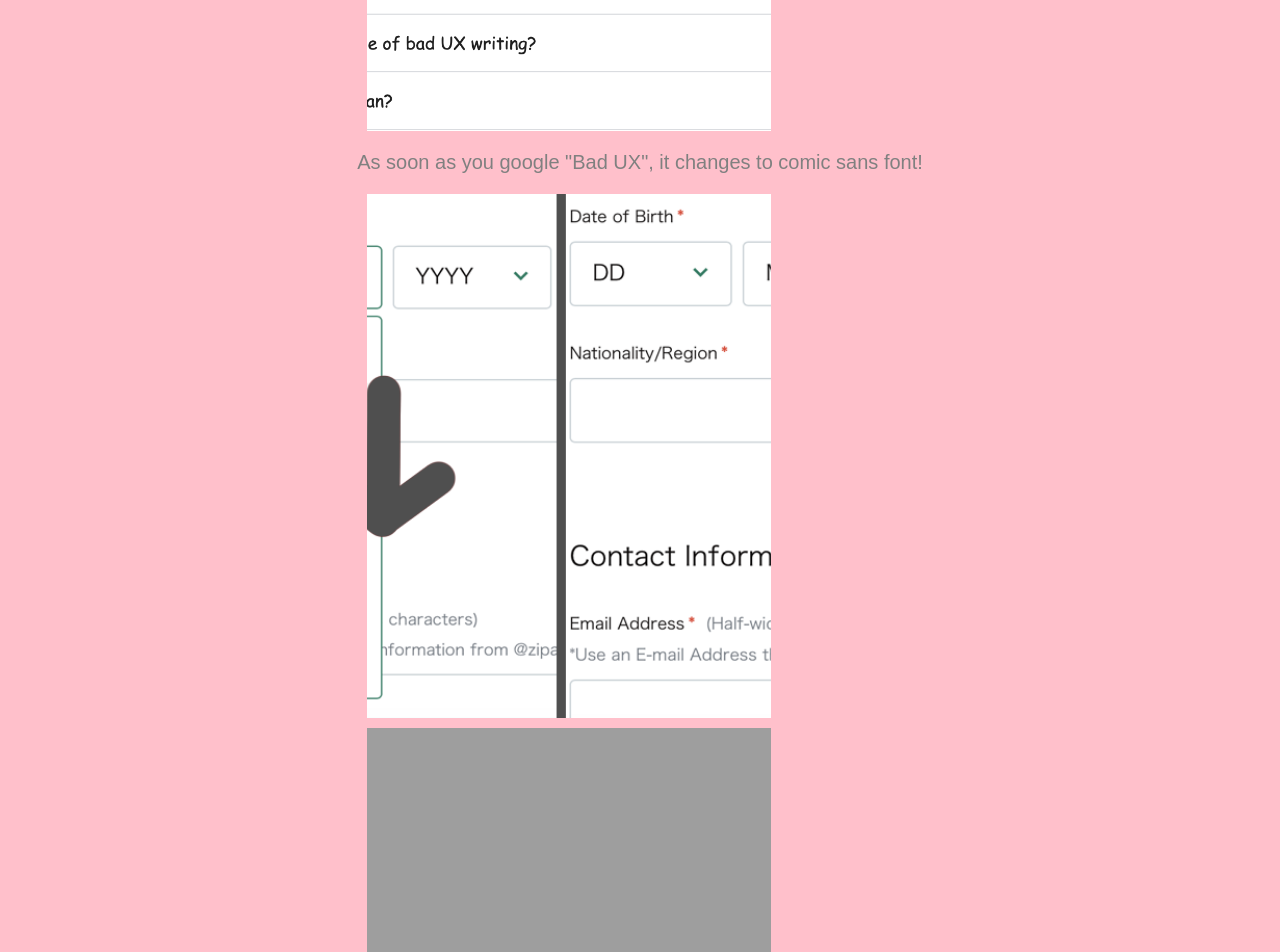
Repository: j1s00jang/MDIA-2109
Page: index.html
The author's editor kept a copy of each file at every save. The page is drawn from the files as they stood at one save, then again after the next save.
The browser window is 1280 px wide. The pictures show the part of the page from y = 0 to 952 px (the page is 1262 px tall before and 1270 px after).
Pictures or frames that could not be fetched are drawn as grey boxes.

Above is the page before, as saved 2025-02-24 14:50:50.

After the next save:
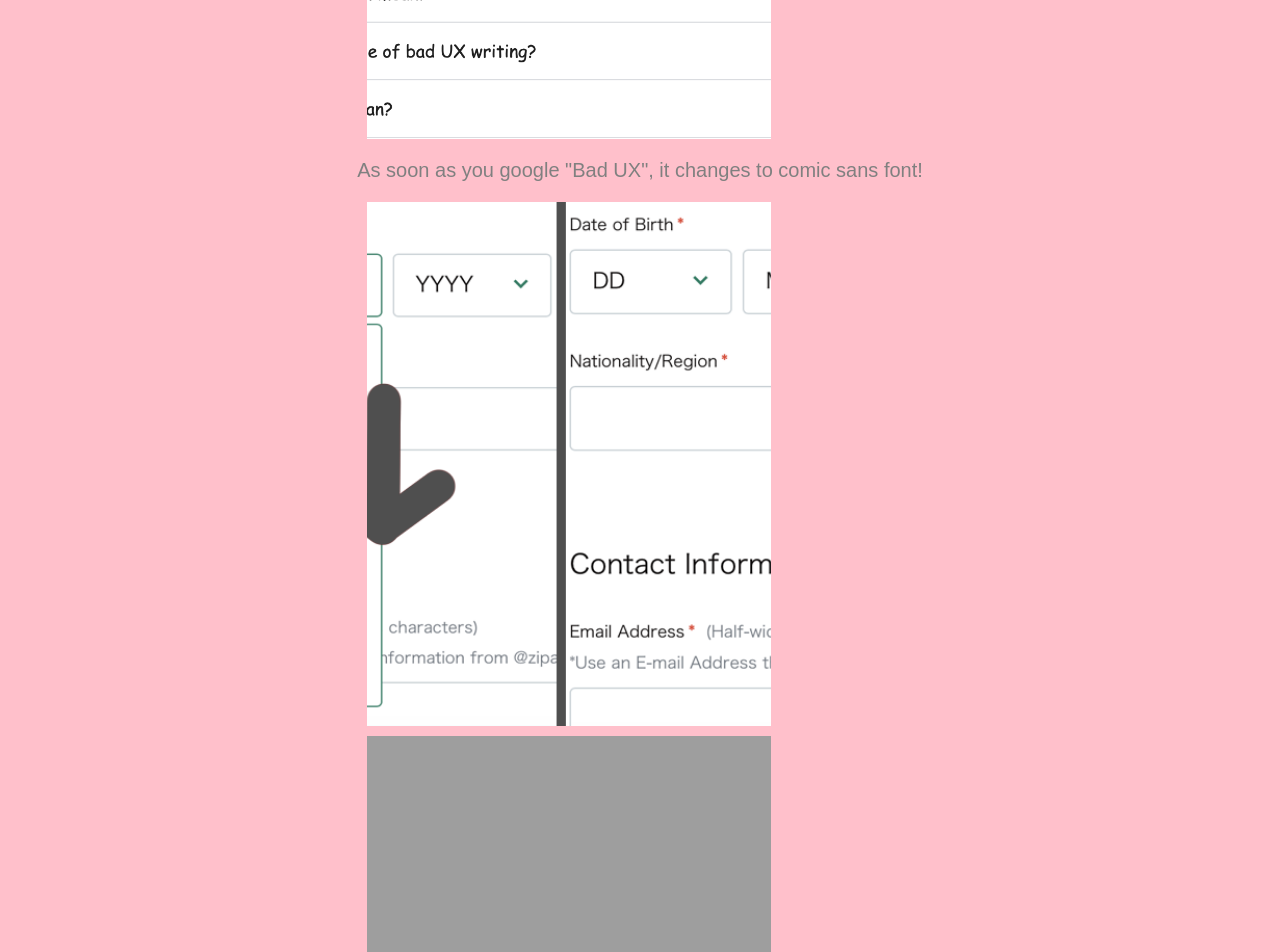
Saved 10 s later.
--- a/css/styles.css
+++ b/css/styles.css
@@ -7,7 +7,6 @@ html {
 }
 
 body {
-    margin: 0;
     display: flex;
     justify-content: center; /* 수평 가운데 정렬 */
     align-items: center; /* 수직 가운데 정렬 */
